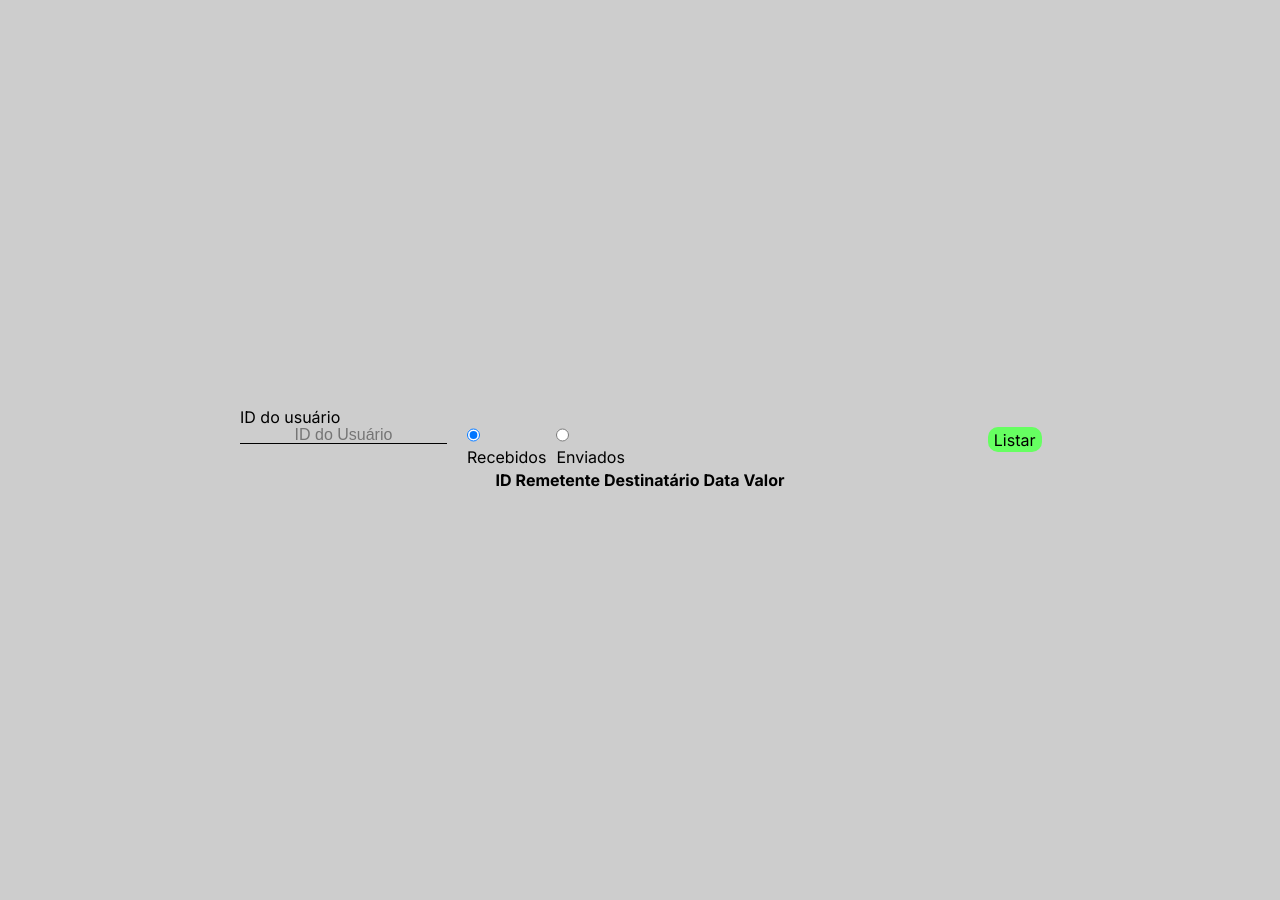
Repository: mateusilva8/tarefa-pix
Page: frontend/index.html
The author's editor kept a copy of each file at every save. The page is drawn from the files as they stood at one save, then again after the next save.
The browser window is 1280 px wide. The pictures show the whole page.

Above is the page before, as saved 2023-10-22 14:56:33.

### frontend/index.html
<!DOCTYPE html>
<html lang="pt-BR">
<head>
  <meta charset="UTF-8">
  <meta name="viewport" content="width=device-width, initial-scale=1.0">
  <title>CRIE_TI PIX</title>
  <link rel="stylesheet" href="./css/index.css">
  <link rel="preconnect" href="https://fonts.googleapis.com">
  <link rel="preconnect" href="https://fonts.gstatic.com" crossorigin>
  <link href="https://fonts.googleapis.com/css2?family=Inter:wght@400;700&display=swap" rel="stylesheet">
</head>
<body>
  <div class="container">

    <div class="formulario">
      <form id="formulario">
        <label for="id">ID do usuário</label>
        <div class="formulario-body">
          <input class="idInput" type="number" placeholder="ID do Usuário" id="id"></input>
          <div class="formulario-select">
            <div class="form-check">
              <input class="form-check-input" type="radio" name="exampleRadios" id="exampleRadios1" value="received" checked>
              <label class="form-check-label" for="exampleRadios1">Recebidos</label>
            </div>

            <div class="form-check">
              <input class="form-check-input" type="radio" name="exampleRadios" id="exampleRadios2" value="sent">
              <label class="form-check-label" for="exampleRadios2">Enviados</label>
            </div>
            <button type="button" class="btn btn-success" id="botaoListar">Listar</button>
          </div>
        </div>
      </form>
    </div>

    <table class="table table-bordered">
      <thead>
        <tr>
          <th scope="col">ID</th>
          <th scope="col">Remetente</th>
          <th scope="col">Destinatário</th>
          <th scope="col">Data</th>
          <th scope="col">Valor</th>
        </tr>
      </thead>
      <tbody id="pix-list"></tbody>
    </table>
  </div>



  <script src="https://code.jquery.com/jquery-3.3.1.slim.min.js" integrity="sha384-q8i/X+965DzO0rT7abK41JStQIAqVgRVzpbzo5smXKp4YfRvH+8abtTE1Pi6jizo" crossorigin="anonymous"></script>
  <script src="https://cdnjs.cloudflare.com/ajax/libs/popper.js/1.14.3/umd/popper.min.js" integrity="sha384-ZMP7rVo3mIykV+2+9J3UJ46jBk0WLaUAdn689aCwoqbBJiSnjAK/l8WvCWPIPm49" crossorigin="anonymous"></script>
  <script src="./js/index.js"></script>
</body>
</html>

### frontend/css/index.css
body {
    margin: 0;
    padding: 0;
    font-family: 'Inter', sans-serif;
    background-color: #cdcdcd;
}


.container {
    display: flex;
    flex-direction: column;
    height: 700px;
    margin: 100px;
    justify-content: center;
    align-items: center;
}

.formulario form {
    align-items: center;
}

.formulario {
    font-size: 1rem;
    display: flex;
    flex-direction: row;
    align-items: center;
    width: 800px;
}

.formulario-body {
    display: flex;
    flex-direction: row;
}

.formulario-select {
    height: 100%;
    display: flex;
    flex-direction: row;
    gap: 10px;
    margin-left: 20px;
}

input[type=number]::-webkit-inner-spin-button,
    input[type=number]::-webkit-outer-spin-button {
        -webkit-appearance: none;
        margin: 0;
    }

input {
    height: 1rem;
    margin: 0;
    padding: 0;
    border: none;
    border-bottom: 1px solid #000;
    outline: none;
    font-size: 1rem;
    text-align: center;
    background-color: #cdcdcd;

    &:focus {
        border-bottom: 2px solid #00f;
    }
}

.btn {
    width: 150px;
    height: 25px;
    font-size: 1rem;
    font-family: 'Inter';
    font-weight: 400;
    background-color: rgb(102, 255, 97);
    border: 0;
    border-radius: 10px;
    margin-left: 100%;
}

### frontend/js/index.js
let userId = document.getElementById('id');
let type = document.querySelector('#form-check-input:checked');

let form = document.getElementById('formulario');

let pixList = document.getElementById("pix-list");

async function getPixUsuario() {
    let payload = {
        userId: userId.value,
        type: form.exampleRadios.value,
      };

      console.log(JSON.stringify(payload));

      let resposta = await fetch(`http://localhost:3000/pix-api/pix/usuarios`, {
        method: 'POST',
        headers: {
            "Content-type" : 'application/json',
            "Acccept": 'appplication/json'
        },
        body: JSON.stringify(payload)
      });

      let listaPix = await resposta.json();

      console.log(listaPix);

    for (let pix of listaPix) {

      let tr = document.createElement("tr");
      let tdId = document.createElement("th");
      let tdRemetente = document.createElement("td");
      let tdDestinatario = document.createElement("td");
      let tdData = document.createElement("td");
      let tdValor = document.createElement("td");

      let id = pix.id;
      let remetente = pix.sender.name;
      let destinatario = pix.recipient.name;
      let data = pix.createdAt;
      let valor = `R$ ${pix.value}`;

      let dataHora = new Date(data);
      let dia = adicionarZero(dataHora.getDate());
      let mes = adicionarZero(dataHora.getMonth());
      let ano = adicionarZero(dataHora.getFullYear());
      let hora = `${adicionarZero(dataHora.getHours())}:${adicionarZero(dataHora.getMinutes())}`;

      let dataFormatada = `${dia}/${mes}/${ano} às ${hora}H`

      tdId.innerText = id;
      tdRemetente.innerText = remetente;
      tdDestinatario.innerText = destinatario;
      tdData.innerText = dataFormatada;
      tdValor.innerText = valor.replace('.',',');

      tr.appendChild(tdId);
      tr.appendChild(tdRemetente);
      tr.appendChild(tdDestinatario);
      tr.appendChild(tdData);
      tr.appendChild(tdValor);
      pixList.appendChild(tr);
    }
  }

  function adicionarZero (numero) {
    if(String(numero).length == 1) {
        numero = '0' + numero;
      }

    return numero;
  }

  let botaoListar = document.getElementById('botaoListar');
  botaoListar.addEventListener('click', () => {
    pixList.innerHTML = '';
    getPixUsuario();
  })

After the next save:
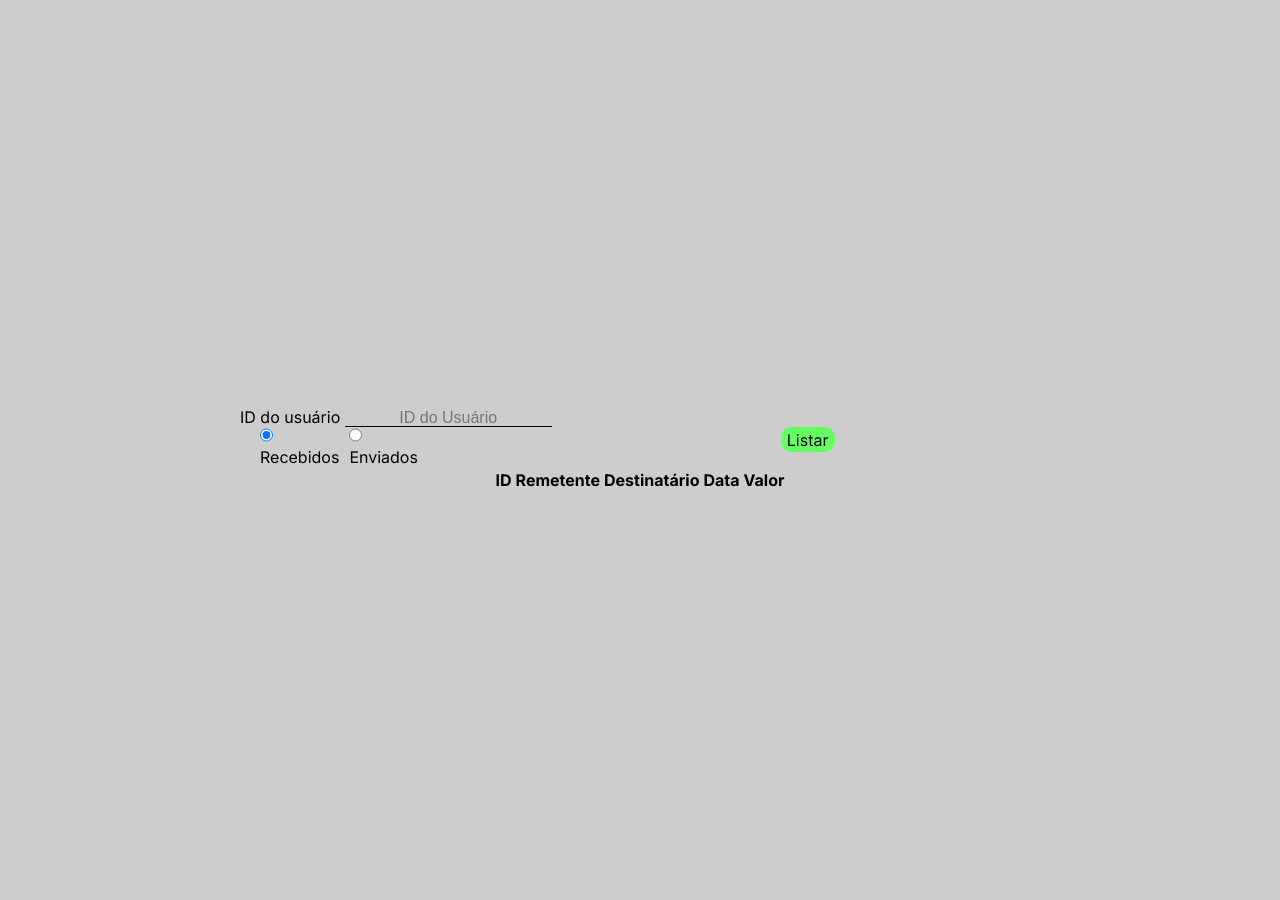
Saved 67 s later.
--- a/frontend/index.html
+++ b/frontend/index.html
@@ -14,9 +14,11 @@
 
     <div class="formulario">
       <form id="formulario">
-        <label for="id">ID do usuário</label>
+        <div class="formulario-input">
+          <label for="id">ID do usuário</label>
+          <input class="idInput" type="number" placeholder="ID do Usuário" id="id"></input>
+        </div>
         <div class="formulario-body">
-          <input class="idInput" type="number" placeholder="ID do Usuário" id="id"></input>
           <div class="formulario-select">
             <div class="form-check">
               <input class="form-check-input" type="radio" name="exampleRadios" id="exampleRadios1" value="received" checked>
